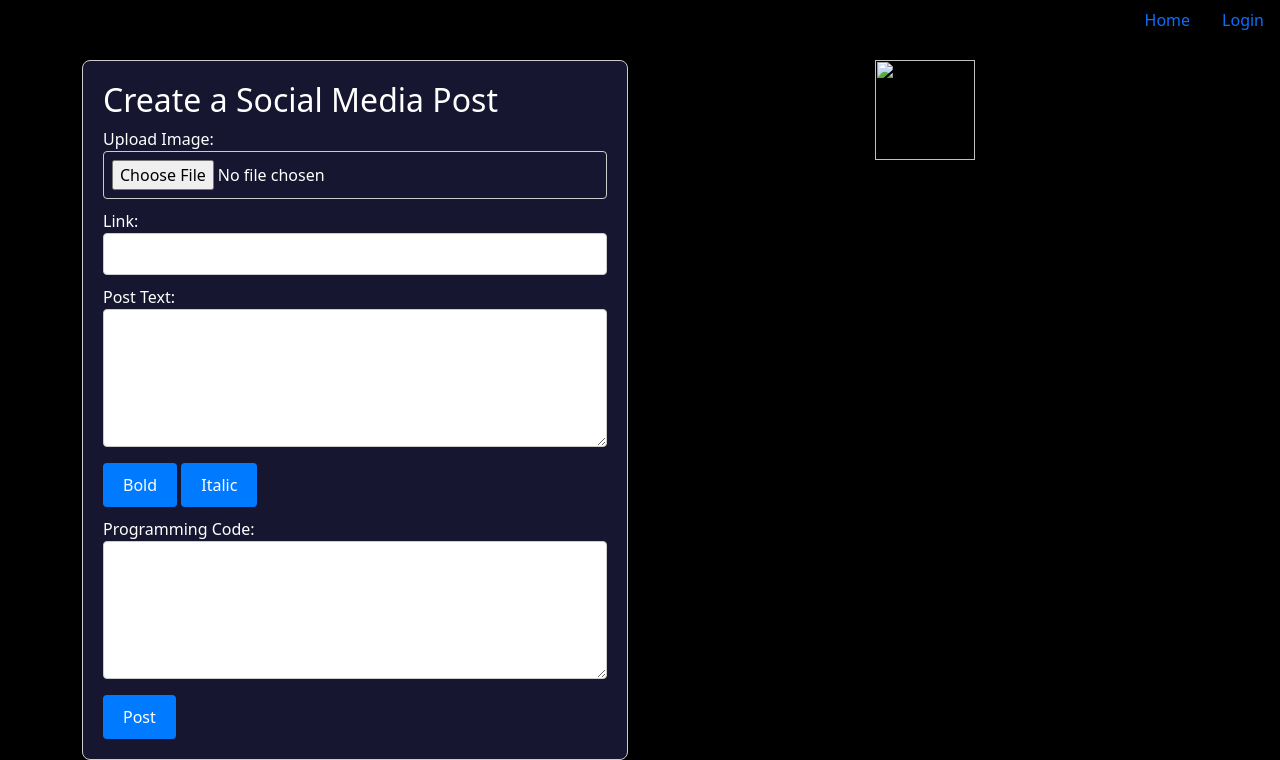
Repository: jaseem1999/sdCommunity
Page: http://localhost/sdCommunity/UserPost.jsp
The author's editor kept a copy of each file at every save. The page is drawn from the files as they stood at one save, then again after the next save.
The browser window is 1280 px wide. The pictures show the whole page.
The page is served by Tomcat 9. Other server files are loaded and not shown.

Above is the page before, as saved 2023-09-29 15:05:10.

### sdCommunity/src/main/webapp/UserPost.jsp
<%@ page language="java" contentType="text/html; charset=ISO-8859-1"
    pageEncoding="ISO-8859-1"%>
<%

Integer id =(Integer)session.getAttribute("uid");
String fname=(String)session.getAttribute("fname");
String lname=(String)session.getAttribute("lname");
String email=(String)session.getAttribute("email");
Integer num=(Integer)session.getAttribute("num");
String company = (String) session.getAttribute("company");
String github = (String) session.getAttribute("github");
String linkedin = (String) session.getAttribute("linkedin");
String website = (String) session.getAttribute("website");
String nation = (String) session.getAttribute("nation");
String gender = (String) session.getAttribute("gender");
String about = (String) session.getAttribute("about");
String college = (String) session.getAttribute("college");
String position = (String) session.getAttribute("position");

%>

<!DOCTYPE html>
<html lang="en">
<head>
<meta charset="UTF-8">
<link href="https://cdn.jsdelivr.net/npm/bootstrap@5.2.3/dist/css/bootstrap.min.css" rel="stylesheet" integrity="sha384-rbsA2VBKQhggwzxH7pPCaAqO46MgnOM80zW1RWuH61DGLwZJEdK2Kadq2F9CUG65" crossorigin="anonymous">
<script src="https://cdn.jsdelivr.net/npm/bootstrap@5.2.3/dist/js/bootstrap.bundle.min.js" integrity="sha384-kenU1KFdBIe4zVF0s0G1M5b4hcpxyD9F7jL+jjXkk+Q2h455rYXK/7HAuoJl+0I4" crossorigin="anonymous"></script>
<title>Post</title>
<style>

    .post-form {
        max-width: 600px;
        margin: auto;
        padding: 20px;
        background-color: #5f5fd13b;
        border: 1px solid #ccc;
        border-radius: 8px;
        box-shadow: 0 2px 4px rgba(0,0,0,0.1);
    }
    input, textarea, select {
        width: 100%;
        padding: 8px;
        margin-bottom: 10px;
        border: 1px solid #ccc;
        border-radius: 4px;
        box-sizing: border-box;
    }
    button {
        padding: 10px 20px;
        background-color: #007bff;
        color: #fff;
        border: none;
        border-radius: 4px;
        cursor: pointer;
    }
    button:hover {
        background-color: #0056b3;
    }
    .format-options {
        margin-bottom: 10px;
    }
    .post-display {
        margin-top: 20px;
        border: 1px solid #ccc;
        padding: 10px;
        background-color: #fff;
        border-radius: 8px;
    }
    .profileImg{
		width: 70px;
		height: 100px;
		border: 1 solid white;
	}
	#center{
		text-align: center;
	}
</style>
</head>
<body style="background-color: black; color: white;">
<div class="modal fade" id="exampleModal" tabindex="-1" aria-labelledby="exampleModalLabel" aria-hidden="true">
		  <div class="modal-dialog" style="color: black;">
		    <div class="modal-content">
		      <div class="modal-header">
		        <h1 class="modal-title fs-5" id="exampleModalLabel">Modal title</h1>
		        <button type="button" class="btn-close" data-bs-dismiss="modal" aria-label="Close"></button>
		      </div>
		      <form action="settingsAccess" method="post">
		      <div class="modal-body">
		        <div class="mb-3">
    				<label for="exampleInputPassword1" class="form-label">Password</label>
    				<input type="password" class="form-control" id="exampleInputPassword1" name="exampleInputPassword1">
  				</div>
		      </div>
		      <div class="modal-footer">
		        <button type="button" class="btn btn-secondary" data-bs-dismiss="modal">Close</button>
		         <input type="submit" class="btn btn-primary" value="OK">
		      </div>
		      </form>
		    </div>
		  </div>
		</div>

	<ul class="nav justify-content-end ">
		<li class="nav-item">
		    	<a class='nav-link' href='UserHome.jsp'>Home</a>
		  </li>
		  <li class="nav-item">
		    <%
		  	if (email != null){
		  		out.print("<a class='nav-link' href=''>Post</a>");
		  	}else{
		  		out.print("");
		  	}
		  %>
		  </li>
		  <li class="nav-item">
		    <%
		  	if (email != null){
		  		out.print("<a class='nav-link' href=''>Followers</a>");
		  	}else{
		  		out.print("");
		  	}
		  %>
		  </li>
		  <li class="nav-item">
		    <%
		  	if (email != null){
		  		out.print("<a class='nav-link' href=''>Chat</a>");
		  	}else{
		  		out.print("");
		  	}
		  %>
		  </li>

		  <li class="nav-item">
		   <%
		  	if (email != null){
		  		out.print("<a class='nav-link' data-bs-toggle='modal' data-bs-target='#exampleModal'>Settings</a>");
		  	}else{
		  		out.print("");
		  	}
		  %>
		  </li>
		  <li class="nav-item">
		  <%
		  	if (email != null){
		  		if (company != null){
		  			out.print("<a class='nav-link' href='viewProfile.jsp'>Profile</a>");
		  		}
		  		else{
		  			out.print("<a class='nav-link' href='profile.jsp'>Profile</a>");
		  		}

		  	}else{
		  		out.print("<a class='nav-link' href='Login.jsp'>Login</a>");
		  	}
		  %>
		  </li>

		  <li class="nav-item">
		    <%
		  	if (email != null){
		  		out.print("<a class='nav-link' href='logout.jsp'>Logout</a>");
		  	}else{
		  		out.print("");
		  	}
		  %>
		  </li>
		  <li class="nav-item">
		  <%
		  	if (email != null){
		  		if (company != null){
		  			out.print("<a class='nav-link' href='viewProfile.jsp'><img alt='' src='image?id="+id+"' style=' width: 35px; border-radius: 50%; height: 35px;border: 1px solid white;'/></a>");
		  		}
		  		else{
		  			out.print("<a class='nav-link' href='viewProfile.jsp'><img alt='' src='./homecss/img/User-Profile.png'style=' width: 35px; border-radius: 50%; height: 35px;border: 1px solid white;'/></a>");
		  		}
		  	}else{
		  		out.print("");
		  	}
		  %>
		  </li>
	</ul>
	<div class="container-xl" style="color: white; margin-top: 20px;">
	<div class="row">

	<div class="col">
    <div class="post-form">
        <h2>Create a Social Media Post</h2>
        <form>
            <label for="image">Upload Image:</label>
            <input type="file" id="image" name="image" accept="image/*" onchange="displayImage()"><br>

            <label for="link">Link:</label>
            <input type="url" id="link" name="link"><br>

            <label for="text">Post Text:</label>
            <textarea id="text" name="text" rows="5"></textarea><br>

            <div class="format-options">
                <button type="button" onclick="makeBold()">Bold</button>
                <button type="button" onclick="makeItalic()">Italic</button>
            </div>

            <label for="code">Programming Code:</label>
            <textarea id="code" name="code" rows="5" oninput="updateCode()"></textarea><br>

            <button type="submit">Post</button>
        </form>
    </div>
    </div>
	    <div class="col">
			<div id="center">
			 <img class="profileImg" alt="" src="" id="updatedImg" style="width: 100px;"/><br>
			 <pre id="showCode"></pre>
		    </div>
    	</div>
    </div>
    </div>


    <script>
        function makeBold() {
            var textarea = document.getElementById('text');
            var selectedText = textarea.value.substring(textarea.selectionStart, textarea.selectionEnd);
            var beforeText = textarea.value.substring(0, textarea.selectionStart);
            var afterText = textarea.value.substring(textarea.selectionEnd);
            textarea.value = beforeText + '<b>' + selectedText + '</b>' + afterText;
        }

        function makeItalic() {
            var textarea = document.getElementById('text');
            var selectedText = textarea.value.substring(textarea.selectionStart, textarea.selectionEnd);
            var beforeText = textarea.value.substring(0, textarea.selectionStart);
            var afterText = textarea.value.substring(textarea.selectionEnd);
            textarea.value = beforeText + '<i>' + selectedText + '</i>' + afterText;
        }
        var image = document.getElementById('image').value;
        var link = document.getElementById('link').value;
        var text = document.getElementById('text').value;
        var code = document.getElementById('code').value;
        var codeLength = code.length;
        console.log("The length of the code is:", codeLength);

        function displayImage() {
        	var input = document.getElementById('image');
        	var img = document.getElementById('updatedImg');

        	var file = input.files[0];
        	var reader = new FileReader();

        	if (!file) {
        	img.src = "./css/img/User-profile.png"; // Set default image source
        	return;
        	}

        	if (file.size > 85 * 1024) { // Check if image size is greater than 200KB
        	document.getElementById("imgError").innerHTML = "Please update image size lesthan 85kb";
        	input.value = ""; // Clear the input field
        	img.src = "./css/img/User-profile.png"; // Set default image source
        	return;
        	}

        	reader.onload = function(e) {
        	img.src = e.target.result;
        	}

        	reader.readAsDataURL(file);
        }
        function updateCode() {
            var inputCode = document.getElementById('code').value;
            var showCode = document.getElementById('showCode');
            showCode.textContent = inputCode;
        }


     </script>
</body>
</html>

After the next save:
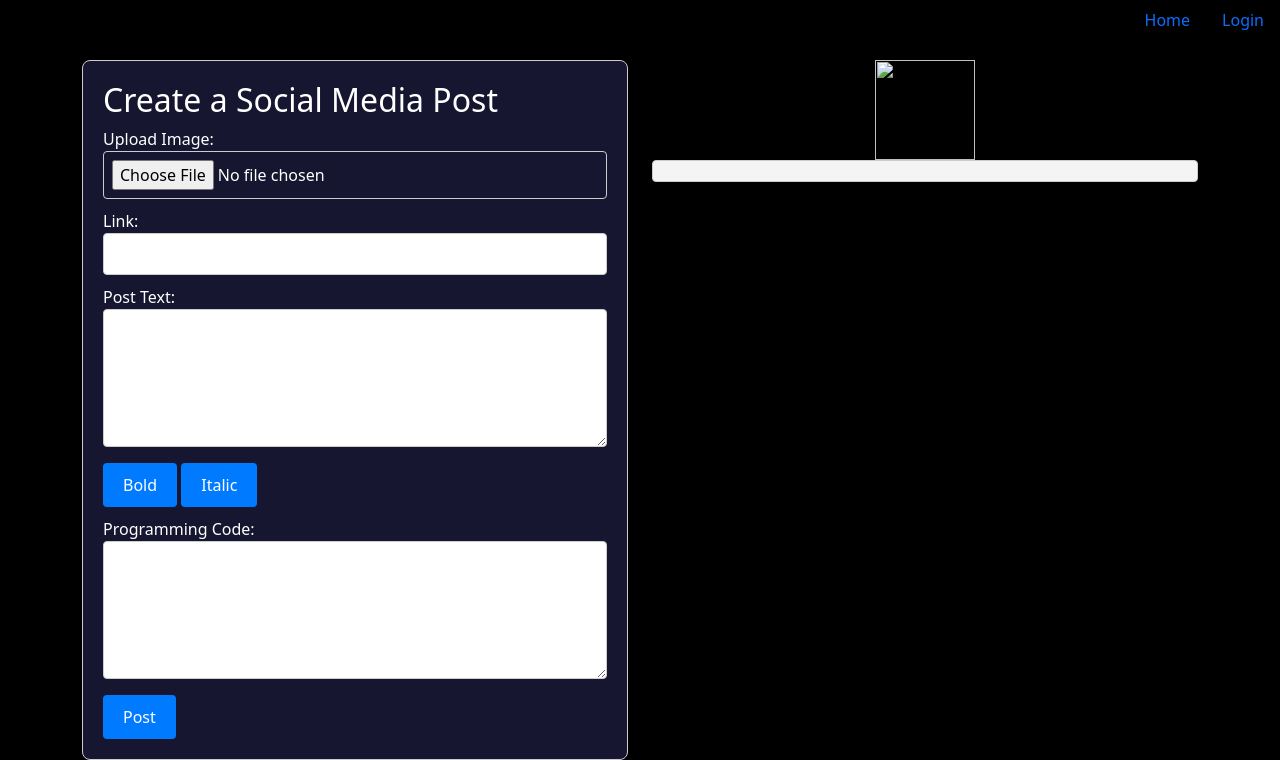
Saved 107 s later.
--- a/sdCommunity/src/main/webapp/UserPost.jsp
+++ b/sdCommunity/src/main/webapp/UserPost.jsp
@@ -73,6 +73,13 @@ String position = (String) session.getAttribute("position");
 	}
 	#center{
 		text-align: center;
+	}
+	#showCode {
+		    background-color: #f4f4f4;
+		    border: 1px solid #ccc;
+		    border-radius: 4px;
+		    padding: 10px;
+		    font-family: 'Courier New', monospace;
 	}
 </style>
 </head>
